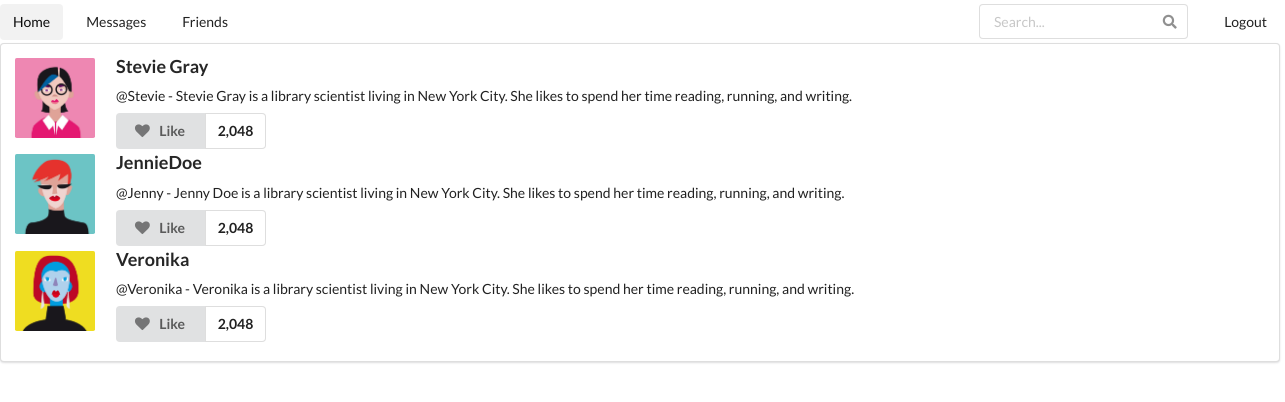
Repository: mystrader/angular4_appestudo
Page: / (app in twitter-app-devdec101/)
These files come from the project's save history. The page is drawn as it stood at one moment and after a run of saves; the edit follows.
The browser window is 1280 px wide. The page is 1285 px wide, so the pictures cover 1285 px, including what lies to the right of the window. The pictures show the whole page.
Some web libraries are served in a nearby version. The project was rebuilt for these pictures with package versions that can differ from the ones it lists, and the page was loaded fresh each time. Also part of the build but not shown: twitter-app-devdec101/angular.json.

Above is the page before, as saved 2018-06-18 01:39:45.

### twitter-app-devdec101/src/index.html
<!doctype html>
<html lang="en">
<head>
  <meta charset="utf-8">
  <title>TwitterAppDevdec101</title>
<link rel="stylesheet" href="https://cdn.jsdelivr.net/npm/semantic-ui@2.3.1/dist/semantic.min.css">

  <base href="/">

  <meta name="viewport" content="width=device-width, initial-scale=1">
  <link rel="icon" type="image/x-icon" href="favicon.ico">
</head>
<body>
  <app-root></app-root>


<script src="https://code.jquery.com/jquery-3.2.1.min.js" integrity="sha256-hwg4gsxgFZhOsEEamdOYGBf13FyQuiTwlAQgxVSNgt4="
  crossorigin="anonymous"></script>
<script src="https://cdn.jsdelivr.net/npm/semantic-ui@2.3.1/dist/semantic.min.js"></script>

</body>

</html>

### twitter-app-devdec101/src/app/app.module.ts
import { BrowserModule } from '@angular/platform-browser';
import { NgModule } from '@angular/core';

import { AppComponent } from './app.component';
import { MenuComponent } from './menu/menu.component';
import { FeedComponent } from './feed/feed.component';
import { TweetComponent } from './tweet/tweet.component';

@NgModule({
  declarations: [
    AppComponent,
    MenuComponent,
    FeedComponent,
    TweetComponent
  ],
  imports: [
    BrowserModule
  ],
  providers: [],
  bootstrap: [AppComponent]
})
export class AppModule { }

### twitter-app-devdec101/src/app/feed/feed.component.ts
import { Component, OnInit } from '@angular/core';

@Component({
  selector: 'app-feed',
  templateUrl: './feed.component.html',
  styleUrls: ['./feed.component.css']
})
export class FeedComponent implements OnInit {


  tweets = [
    {
      user: "Stevie",
      name: "Stevie Gray",
      body: "Stevie Gray is a library scientist living in New York City. She likes to spend her time reading, running, and writing.",
      avatar: "../assets/images/avatar/stevie.jpg"
    },
     {
      user: "Jenny",
      name: "JennieDoe",
      body: "Jenny Doe is a library scientist living in New York City. She likes to spend her time reading, running, and writing.",
      avatar: "../assets/images/avatar/jenny.jpg"
    },
     {
      user: "Veronika",
      name: "Veronika",
      body: "Veronika is a library scientist living in New York City. She likes to spend her time reading, running, and writing.",
      avatar: "../assets/images/avatar/veronika.jpg"
    }
  ];


  constructor() { }

  ngOnInit() {
  }

}

### twitter-app-devdec101/src/app/tweet/tweet.component.ts
import { Component, Input, OnInit  } from '@angular/core';

@Component({
  selector: 'app-tweet',
  templateUrl: './tweet.component.html',
  styleUrls: ['./tweet.component.css']
})
export class TweetComponent implements OnInit {


  @Input() tweet;

  constructor() { }

  ngOnInit() {
  }

}

### twitter-app-devdec101/src/app/app.component.html
<app-menu></app-menu>
<app-feed></app-feed>

### twitter-app-devdec101/src/app/menu/menu.component.html
<div class="ui secondary  menu">
  <a class="active item">
    Home
  </a>
  <a class="item">
    Messages
  </a>
  <a class="item">
    Friends
  </a>
  <div class="right menu">
    <div class="item">
      <div class="ui icon input">
        <input type="text" placeholder="Search...">
        <i class="search link icon"></i>
      </div>
    </div>
    <a class="ui item">
      Logout
    </a>
  </div>
</div>

### twitter-app-devdec101/src/app/feed/feed.component.html
<div class="ui segment">

<!-- Listagem de twittes-->
<div class="ui yellow message" *ngIf='!tweets'>
  <i class="star icon"></i>
  Não existe tweets
</div>

<app-tweet *ngFor='let currTweet of tweets' [tweet]='currTweet'></app-tweet>

</div>

### twitter-app-devdec101/src/app/tweet/tweet.component.html
<!-- Listagem de tweets -->
<div class="ui items">
  <div class="item" >
    <a class="ui tiny image">
      <img src="{{tweet.avatar}}">
    </a>
    <div class="content">
      <a class="header">{{tweet.name}}</a>
      <div class="description">
        <p>@{{tweet.user}} - {{tweet.body}}</p>

        <div class="ui labeled button" tabindex="0">
          <div class="ui button">
            <i class="heart icon"></i> Like
          </div>
          <a class="ui basic label">
            2,048
          </a>
        </div>

      </div>
    </div>
  </div>

</div>

### twitter-app-devdec101/src/app/tweet/tweet.component.css
.item{
    margin-bottom: 5px !important
}

Loaded but not shown: twitter-app-devdec101/src/styles.css (common file); twitter-app-devdec101/src/main.ts (common file); twitter-app-devdec101/src/environments/environment.ts (common file); twitter-app-devdec101/src/app/app.component.ts (common file); twitter-app-devdec101/src/app/menu/menu.component.ts (common file); twitter-app-devdec101/src/app/app.component.css (no stored copy; drawn as an empty file); twitter-app-devdec101/src/app/feed/feed.component.css (no stored copy; drawn as an empty file); twitter-app-devdec101/src/app/menu/menu.component.css (no stored copy; drawn as an empty file)

After the next 2 saves:
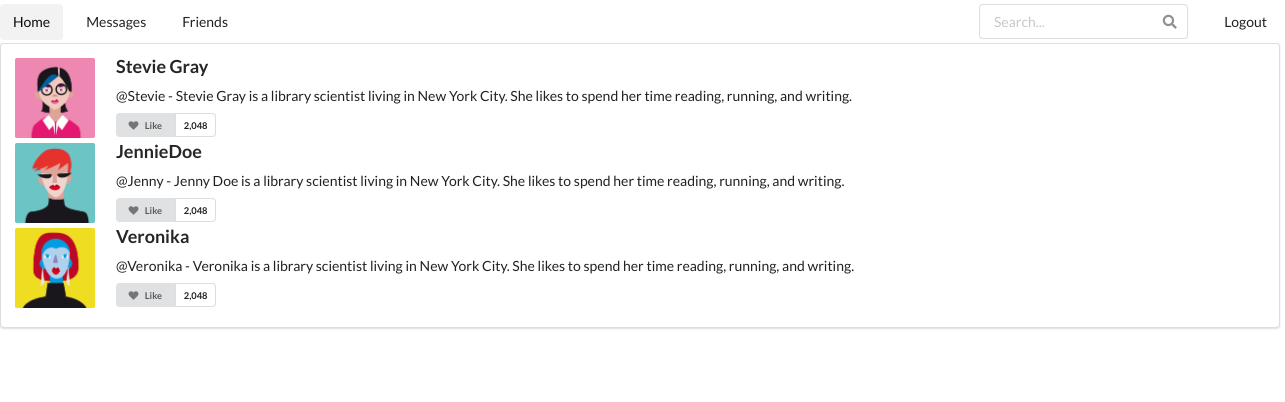
The 2 saves are shown as one change because they came seconds apart.
The last was saved 58 s later.
--- a/twitter-app-devdec101/src/app/tweet/tweet.component.css
+++ b/twitter-app-devdec101/src/app/tweet/tweet.component.css
@@ -1,3 +1,7 @@
 .item{
-    margin-bottom: 5px !important
+    margin-bottom: 5px !important;
 }
+
+.button{
+    font-size: 7pt !important;
+}
